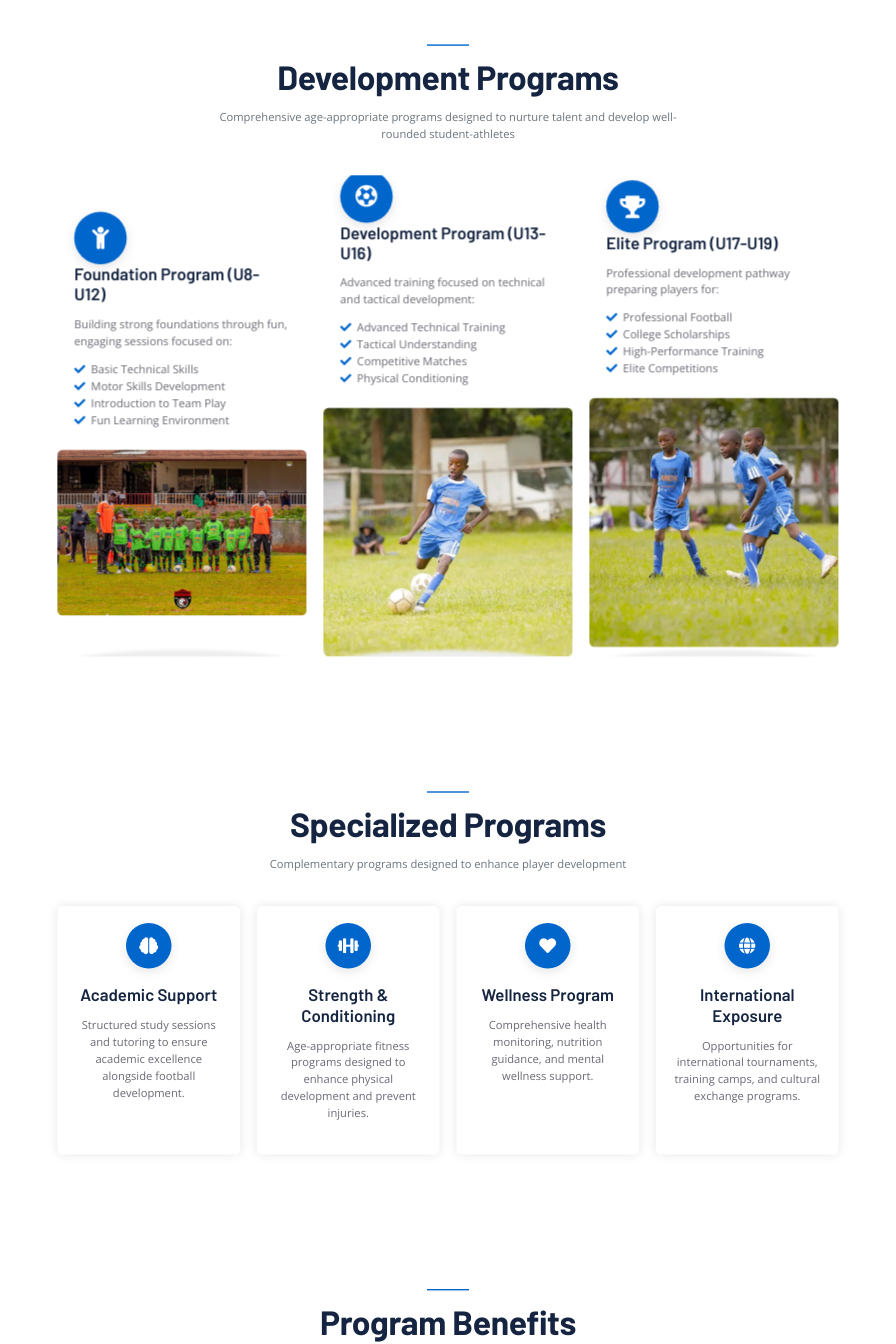
Repository: Justus-Otundo/uleziborafc
Page: service.html
The author's editor kept a copy of each file at every save. The page is drawn from the files as they stood at one save, then again after the next save.
The browser window is 1280 px wide. The pictures show the part of the page from y = 469 to 2389 px (the page is 4057 px tall before and 4024 px after), at 70% of full size.
Some web libraries are served in a nearby version.

Above is the page before, as saved 2025-07-15 12:24:08.

After the next save:
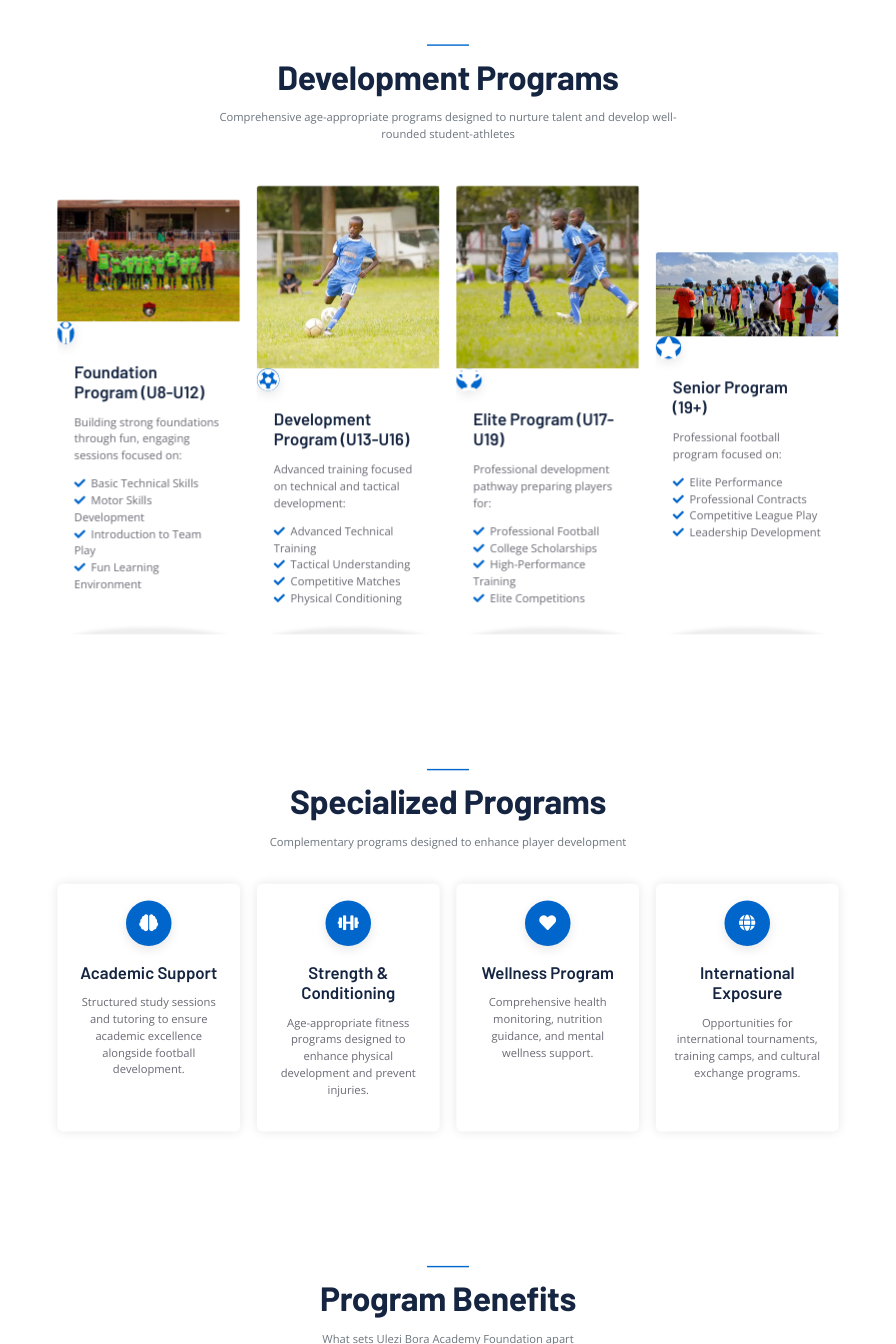
Saved 2 min 48 s later.
--- a/service.html
+++ b/service.html
@@ -81,12 +81,17 @@
                 <p class="text-muted">Comprehensive age-appropriate programs designed to nurture talent and develop well-rounded student-athletes</p>
             </div>
             <div class="row g-4">
-                <div class="col-lg-4 col-md-6 wow fadeInUp" data-wow-delay="0.1s">
+                <div class="col-lg-3 col-md-6 wow fadeInUp" data-wow-delay="0.1s">
                     <div class="service-item position-relative h-100">
-                        <div class="rounded p-4 pb-0">
-                            <div class="d-inline-flex align-items-center justify-content-center bg-primary rounded-circle position-relative" style="width: 75px; height: 75px; margin-top: -40px;">
-                                <i class="fa fa-child fa-2x text-white"></i>
+                        <div class="position-relative program-img-container">
+                            <img class="img-fluid rounded-top" src="img/_MG_6392.JPG" alt="Foundation Program">
+                            <div class="program-icon">
+                                <div class="d-inline-flex align-items-center justify-content-center bg-primary rounded-circle">
+                                    <i class="fa fa-child fa-2x text-white"></i>
+                                </div>
                             </div>
+                        </div>
+                        <div class="rounded p-4">
                             <h4 class="mb-3">Foundation Program (U8-U12)</h4>
                             <p>Building strong foundations through fun, engaging sessions focused on:</p>
                             <ul class="list-unstyled">
@@ -96,15 +101,19 @@
                                 <li><i class="fa fa-check text-primary me-2"></i>Fun Learning Environment</li>
                             </ul>
                         </div>
-                        <img class="img-fluid rounded" src="img/_MG_6392.JPG" alt="Foundation Program">
-                    </div>
-                </div>
-                <div class="col-lg-4 col-md-6 wow fadeInUp" data-wow-delay="0.3s">
+                    </div>
+                </div>
+                <div class="col-lg-3 col-md-6 wow fadeInUp" data-wow-delay="0.3s">
                     <div class="service-item position-relative h-100">
-                        <div class="rounded p-4 pb-0">
-                            <div class="d-inline-flex align-items-center justify-content-center bg-primary rounded-circle position-relative" style="width: 75px; height: 75px; margin-top: -40px;">
-                                <i class="fa fa-futbol fa-2x text-white"></i>
+                        <div class="position-relative program-img-container">
+                            <img class="img-fluid rounded-top" src="img/img2.jpg" alt="Development Program">
+                            <div class="program-icon">
+                                <div class="d-inline-flex align-items-center justify-content-center bg-primary rounded-circle">
+                                    <i class="fa fa-futbol fa-2x text-white"></i>
+                                </div>
                             </div>
+                        </div>
+                        <div class="rounded p-4">
                             <h4 class="mb-3">Development Program (U13-U16)</h4>
                             <p>Advanced training focused on technical and tactical development:</p>
                             <ul class="list-unstyled">
@@ -114,15 +123,19 @@
                                 <li><i class="fa fa-check text-primary me-2"></i>Physical Conditioning</li>
                             </ul>
                         </div>
-                        <img class="img-fluid rounded" src="img/img2.jpg" alt="Development Program">
-                    </div>
-                </div>
-                <div class="col-lg-4 col-md-6 wow fadeInUp" data-wow-delay="0.5s">
+                    </div>
+                </div>
+                <div class="col-lg-3 col-md-6 wow fadeInUp" data-wow-delay="0.5s">
                     <div class="service-item position-relative h-100">
-                        <div class="rounded p-4 pb-0">
-                            <div class="d-inline-flex align-items-center justify-content-center bg-primary rounded-circle position-relative" style="width: 75px; height: 75px; margin-top: -40px;">
-                                <i class="fa fa-trophy fa-2x text-white"></i>
+                        <div class="position-relative program-img-container">
+                            <img class="img-fluid rounded-top" src="img/img4.jpg" alt="Elite Program">
+                            <div class="program-icon">
+                                <div class="d-inline-flex align-items-center justify-content-center bg-primary rounded-circle">
+                                    <i class="fa fa-trophy fa-2x text-white"></i>
+                                </div>
                             </div>
+                        </div>
+                        <div class="rounded p-4">
                             <h4 class="mb-3">Elite Program (U17-U19)</h4>
                             <p>Professional development pathway preparing players for:</p>
                             <ul class="list-unstyled">
@@ -132,7 +145,28 @@
                                 <li><i class="fa fa-check text-primary me-2"></i>Elite Competitions</li>
                             </ul>
                         </div>
-                        <img class="img-fluid rounded" src="img/img4.jpg" alt="Elite Program">
+                    </div>
+                </div>
+                <div class="col-lg-3 col-md-6 wow fadeInUp" data-wow-delay="0.7s">
+                    <div class="service-item position-relative h-100">
+                        <div class="position-relative program-img-container">
+                            <img class="img-fluid rounded-top" src="img/training.jpg" alt="Senior Program">
+                            <div class="program-icon">
+                                <div class="d-inline-flex align-items-center justify-content-center bg-primary rounded-circle">
+                                    <i class="fa fa-star fa-2x text-white"></i>
+                                </div>
+                            </div>
+                        </div>
+                        <div class="rounded p-4">
+                            <h4 class="mb-3">Senior Program (19+)</h4>
+                            <p>Professional football program focused on:</p>
+                            <ul class="list-unstyled">
+                                <li><i class="fa fa-check text-primary me-2"></i>Elite Performance</li>
+                                <li><i class="fa fa-check text-primary me-2"></i>Professional Contracts</li>
+                                <li><i class="fa fa-check text-primary me-2"></i>Competitive League Play</li>
+                                <li><i class="fa fa-check text-primary me-2"></i>Leadership Development</li>
+                            </ul>
+                        </div>
                     </div>
                 </div>
             </div>
